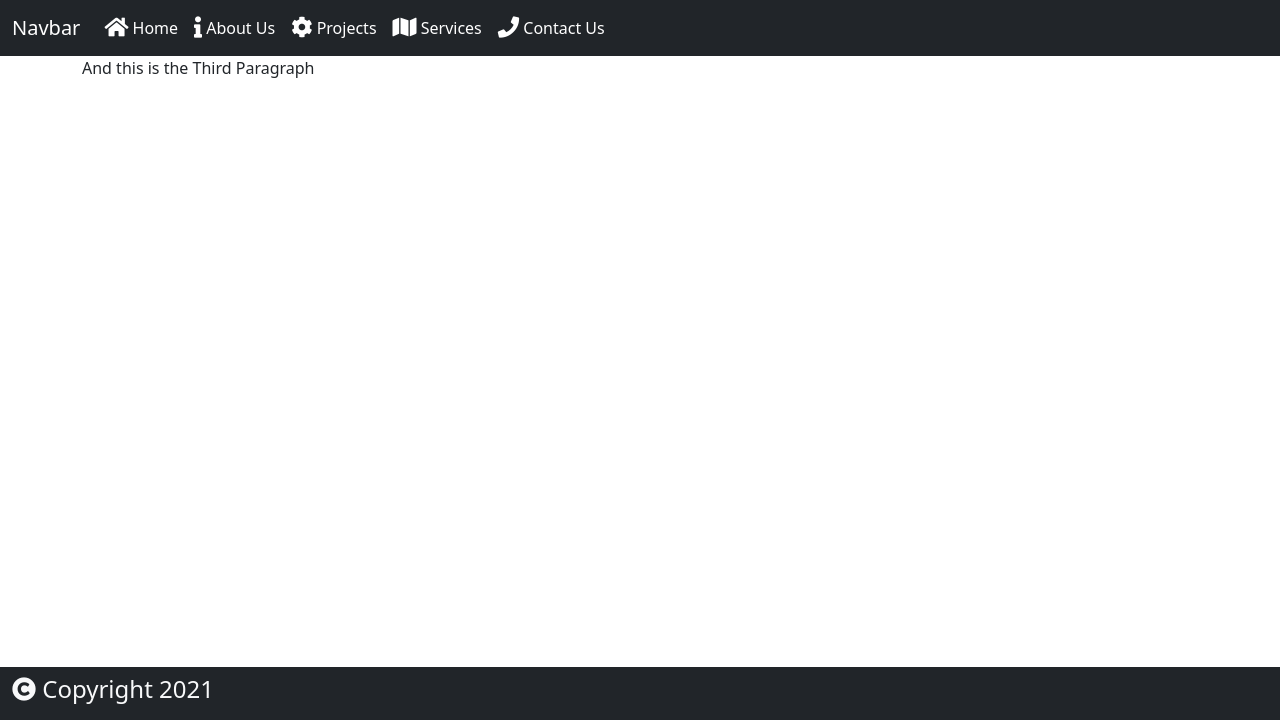
Repository: CKM206/WEBD6201-W2021---ICE1
Page: index.html
These files come from the project's save history. The page is drawn as it stood at one moment and after the next save; the edit follows.
The browser window is 1280 px wide. The pictures show the whole page.

Above is the page before, as saved 2021-01-20 09:56:58.

After the next save:
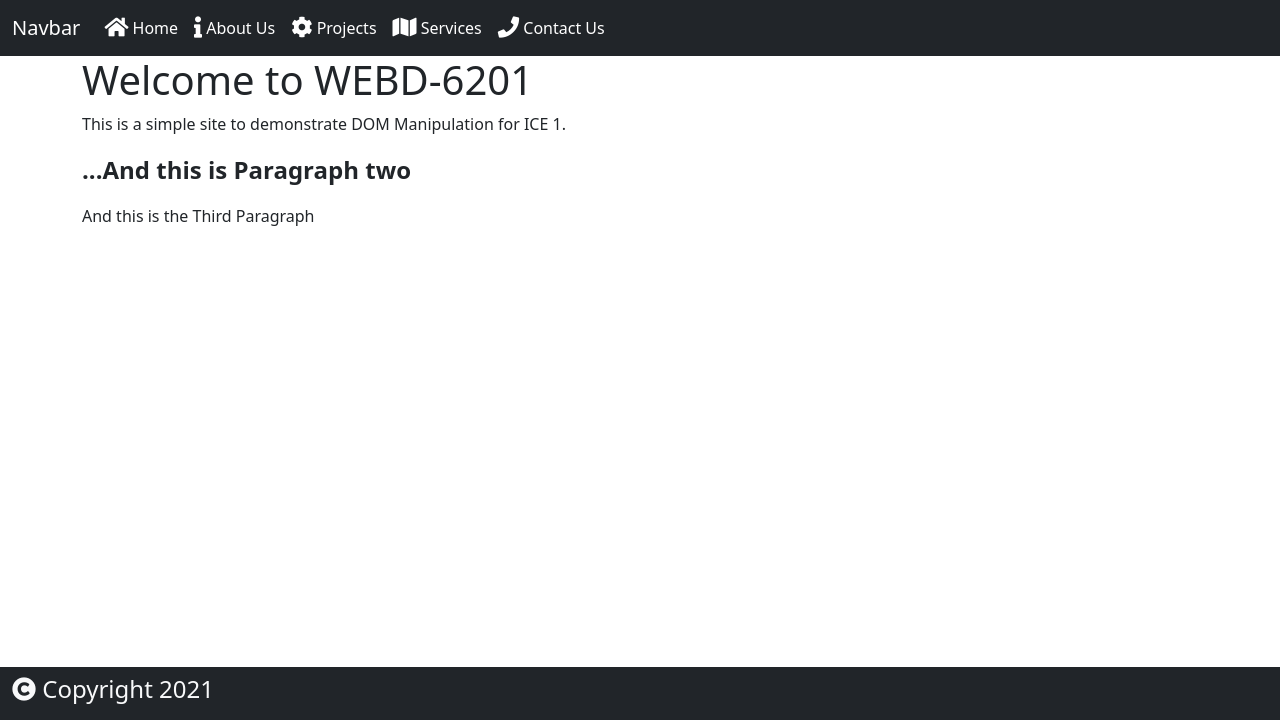
Saved 25 s later.
--- a/Scripts/app.js
+++ b/Scripts/app.js
@@ -58,7 +58,7 @@
         //mainContent.textContent = paragraphThree;
 
         // Converting and Injecting the paragraph, it still erases all other content
-        mainContent.innerHTML = paragraphThree;
+        mainContent.innerHTML += paragraphThree;
 
 
 

After the save that followed:
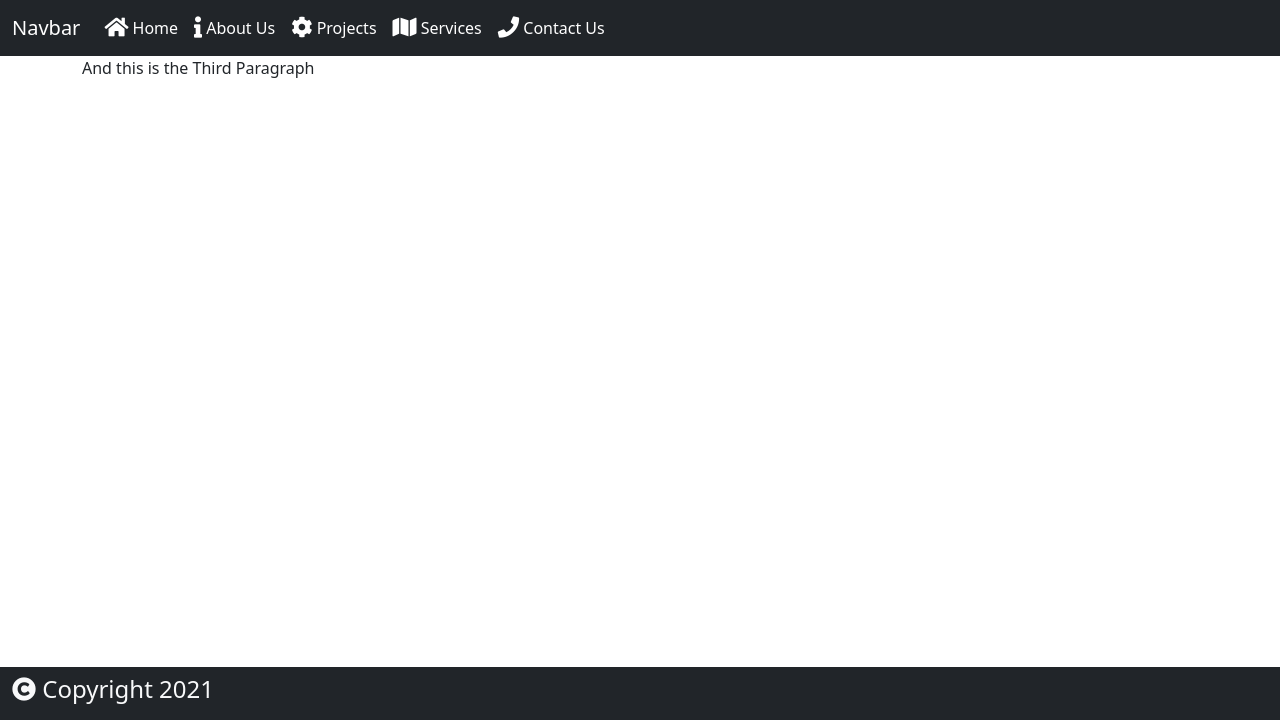
Saved 37 s later.
--- a/Scripts/app.js
+++ b/Scripts/app.js
@@ -58,7 +58,7 @@
         //mainContent.textContent = paragraphThree;
 
         // Converting and Injecting the paragraph, it still erases all other content
-        mainContent.innerHTML += paragraphThree;
+        mainContent.innerHTML = paragraphThree;
 
 
 
